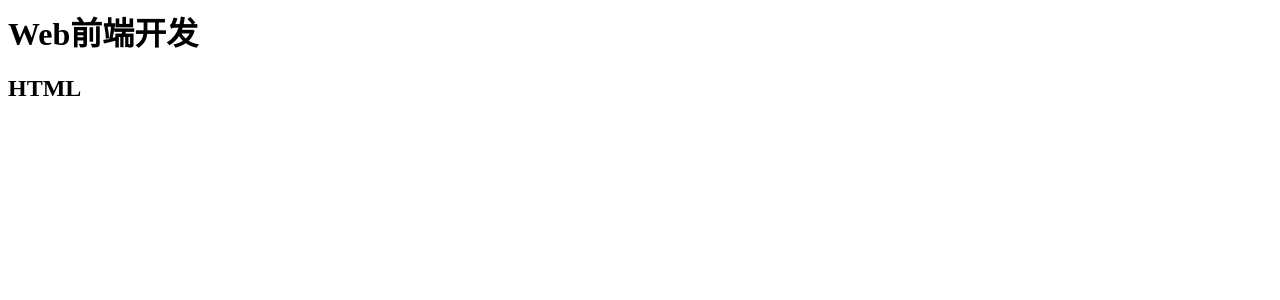
Repository: kankda11/WebProject1
Page: index.html
An editor plug-in stored every save of this project. The page is shown before and after a run of saves, followed by the edit.
The browser window is 1280 px wide. The pictures show the whole page.

Above is the page before, as saved 2020-07-10 16:06:13.

After the next 5 saves:
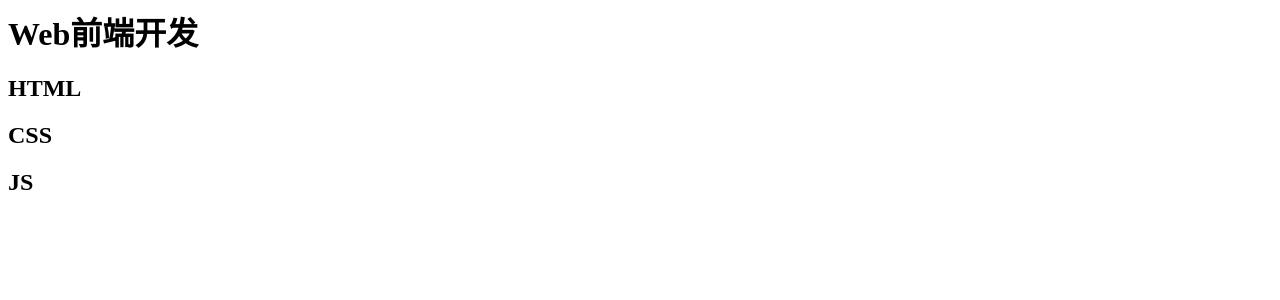
The 5 saves are shown as one change because they came seconds apart.
The last was saved 14 s later.
--- a/index.html
+++ b/index.html
@@ -6,6 +6,8 @@
   <body>
     <h1>Web前端开发</h1>
     <h2>HTML</h2>
-    <h2></h2>
+    <p></p>
+    <h2>CSS</h2>
+    <h2>JS</h2>
   </body>
 </html>
